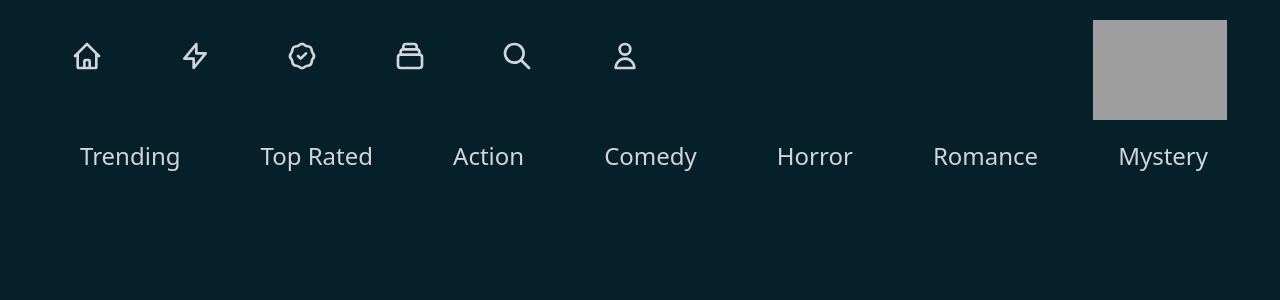
Repository: judahsullivan/hulu-next-clone
Page: /
The author's editor kept a copy of each file at every save. The page is drawn from the files as they stood at one save, then again after a run of saves.
The browser window is 1280 px wide. The pictures show the whole page.
Pictures or frames that could not be fetched are drawn as grey boxes. The project was rebuilt for these pictures with package versions that can differ from the ones it lists, and the page was loaded fresh each time. The framework's server and built-in components were replaced by stand-ins that run in the browser. Also part of the build but not shown: next.config.js.

Above is the page before, as saved 2022-10-05 16:23:19.

After the next 5 saves:
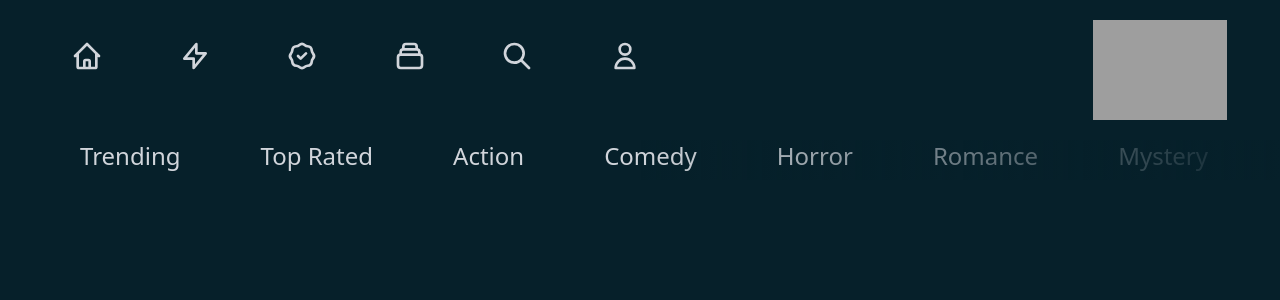
The 5 saves are shown as one change because they came seconds apart.
The last was saved 13 s later.
--- a/components/Nav.js
+++ b/components/Nav.js
@@ -10,7 +10,7 @@ function Nav() {
                 ))}
 
         </div>
-        <div className='absolute top-0 right-0 bg-gradient-to-l from-[#06]'/>
+        <div className='absolute top-0 right-0 bg-gradient-to-l from-[#06202A] h-10 w-1/2'/>
 
 
 
